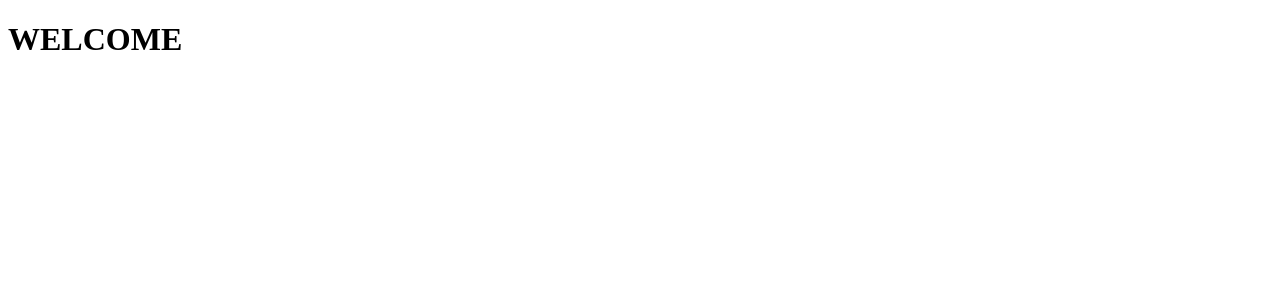
Repository: Vamsigundubogula/E-Commerce-Website
Page: http://localhost/E-commerce-website/profile.jsp
The author's editor kept a copy of each file at every save. The page is drawn from the files as they stood at one save, then again after the next save.
The browser window is 1280 px wide. The pictures show the whole page.
The page is served by Tomcat 9.

Above is the page before, as saved 2023-09-11 17:16:34.

After the next save:
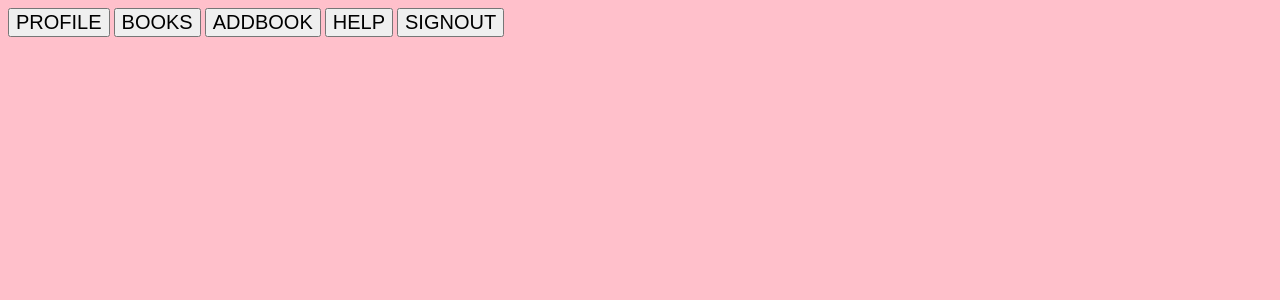
Saved 31 s later.
--- a/E-commerce-website/WebContent/profile.jsp
+++ b/E-commerce-website/WebContent/profile.jsp
@@ -5,8 +5,25 @@
 <head>
 <meta charset="ISO-8859-1">
 <title>Insert title here</title>
+<style>
+.button{
+  font-size: 20px;
+}
+</style>
 </head>
-<body>
-<h1>WELCOME</h1>
+<body bgcolor="pink">
+<form>
+
+<button type="button" class="button">PROFILE</button>
+<button type="button" class="button">BOOKS</button>
+<button type="button" class="button">ADDBOOK</button>
+<button type="button" class="button">HELP</button>
+<form action="login.jsp">
+<button type="button" class="button">SIGNOUT</button>
+</form>
+
+</form>
+
+
 </body>
 </html>
